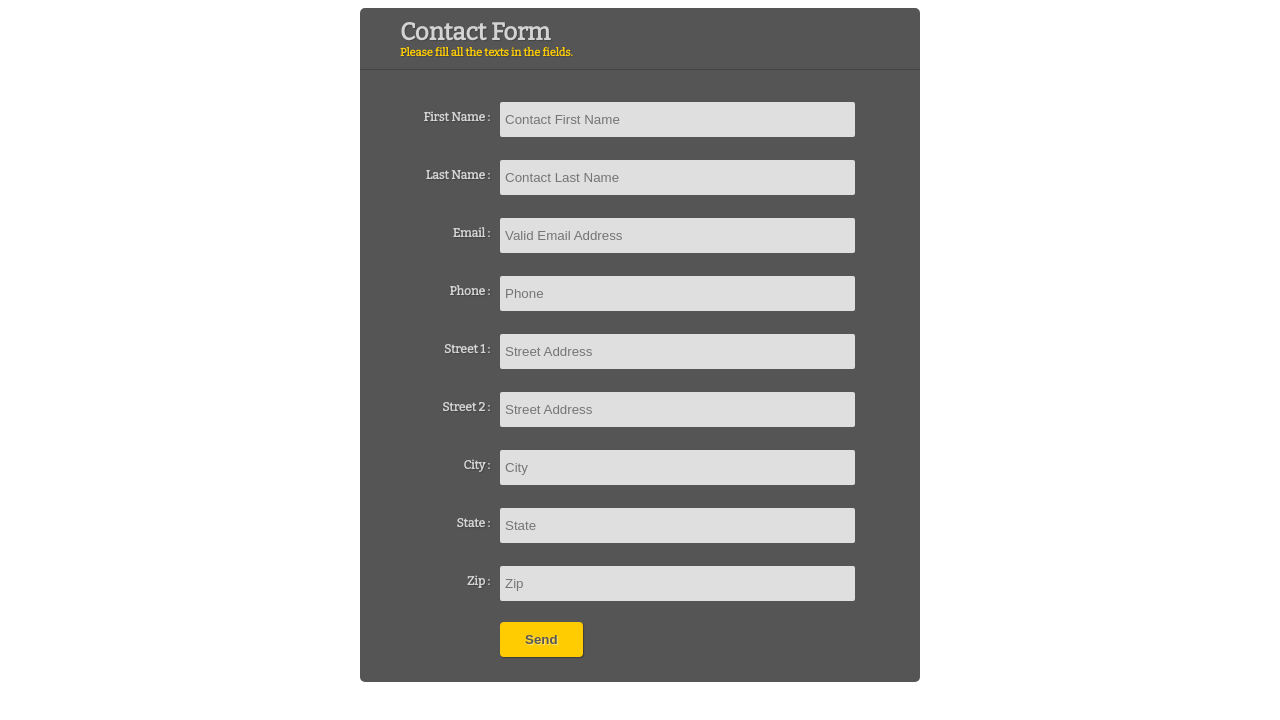
Repository: eugenehiggins/beginning-php-mysql
Page: http://localhost/create-record/add-record-form.php
The author's editor kept a record of every edit. The page is drawn from the files as they stood at one moment, then again after the next edit.
The browser window is 1280 px wide. The pictures show the whole page.
The page is run by PHP 8.4 with error messages shown; the project is at /var/www/html/.

Above is the page before.

After the next edit:
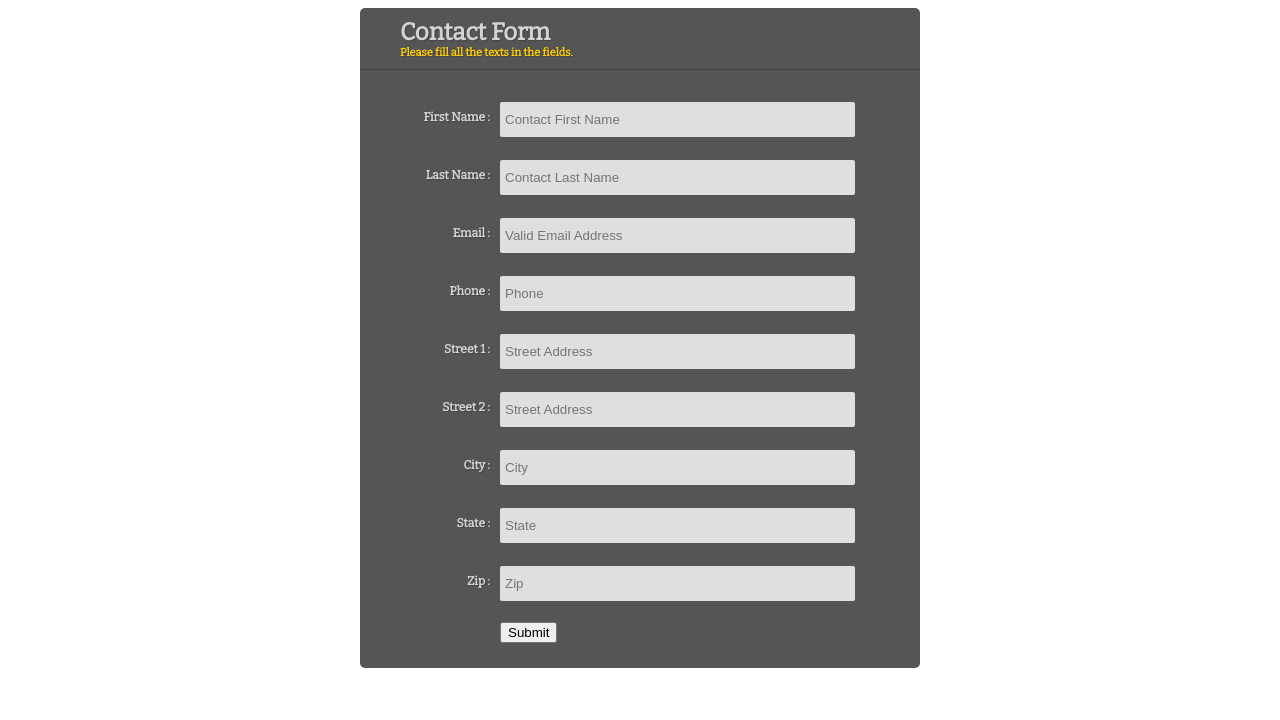
The edit:
--- a/create-record/html-form-part.php
+++ b/create-record/html-form-part.php
@@ -57,7 +57,8 @@
 
      <label>
         <span>&nbsp;</span>
-        <input type="button" class="button" value="Send" />
+
+        <input type="submit" value="Submit">
     </label>
 </form>
 
